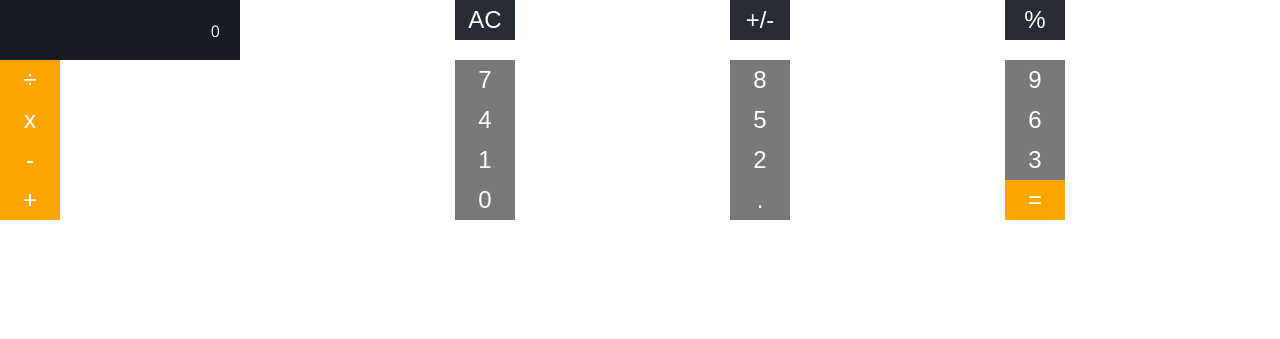
Repository: catsarenotreal/CalculatorWebApp
Page: /
These files come from the project's save history. The page is drawn as it stood at one moment and after the next save; the edit follows.
The browser window is 1280 px wide. The pictures show the whole page.
The project was rebuilt for these pictures with package versions that can differ from the ones it lists, and the page was loaded fresh each time.

Above is the page before, as saved 2024-08-26 14:47:22.

After the next save:
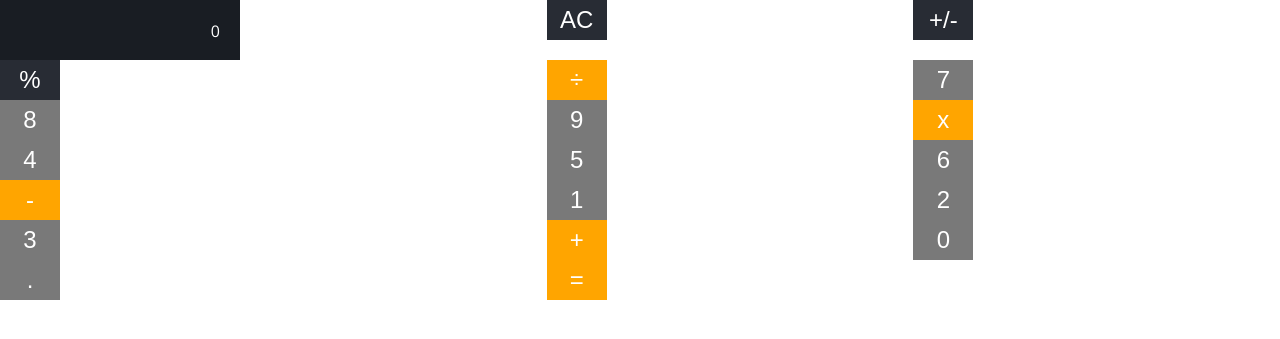
Saved 14 s later.
--- a/src/App.css
+++ b/src/App.css
@@ -84,6 +84,6 @@
   display: grid;
   column-gap:0;
   row-gap:0;
-  grid-template-columns: auto auto auto auto;
+  grid-template-columns: auto auto auto;
 
 }

After the save that followed:
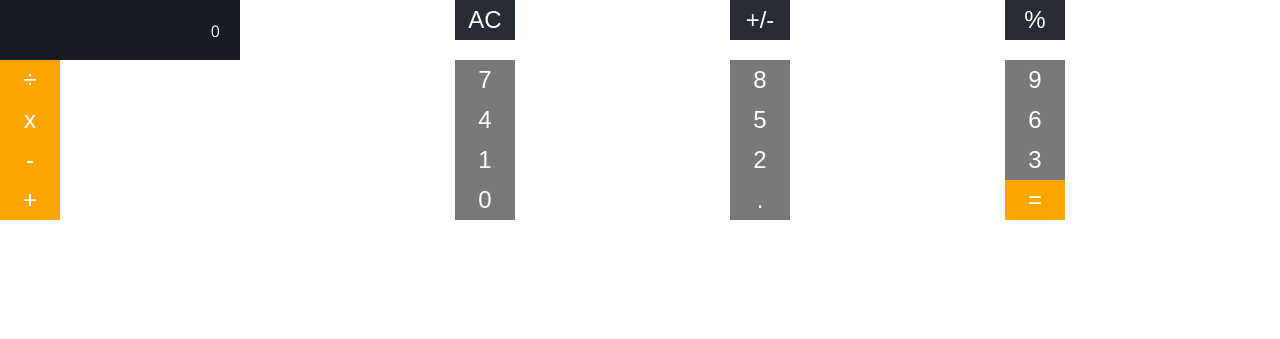
Saved 4 s later.
--- a/src/App.css
+++ b/src/App.css
@@ -84,6 +84,6 @@
   display: grid;
   column-gap:0;
   row-gap:0;
-  grid-template-columns: auto auto auto;
+  grid-template-columns: auto auto auto auto;
 
 }
